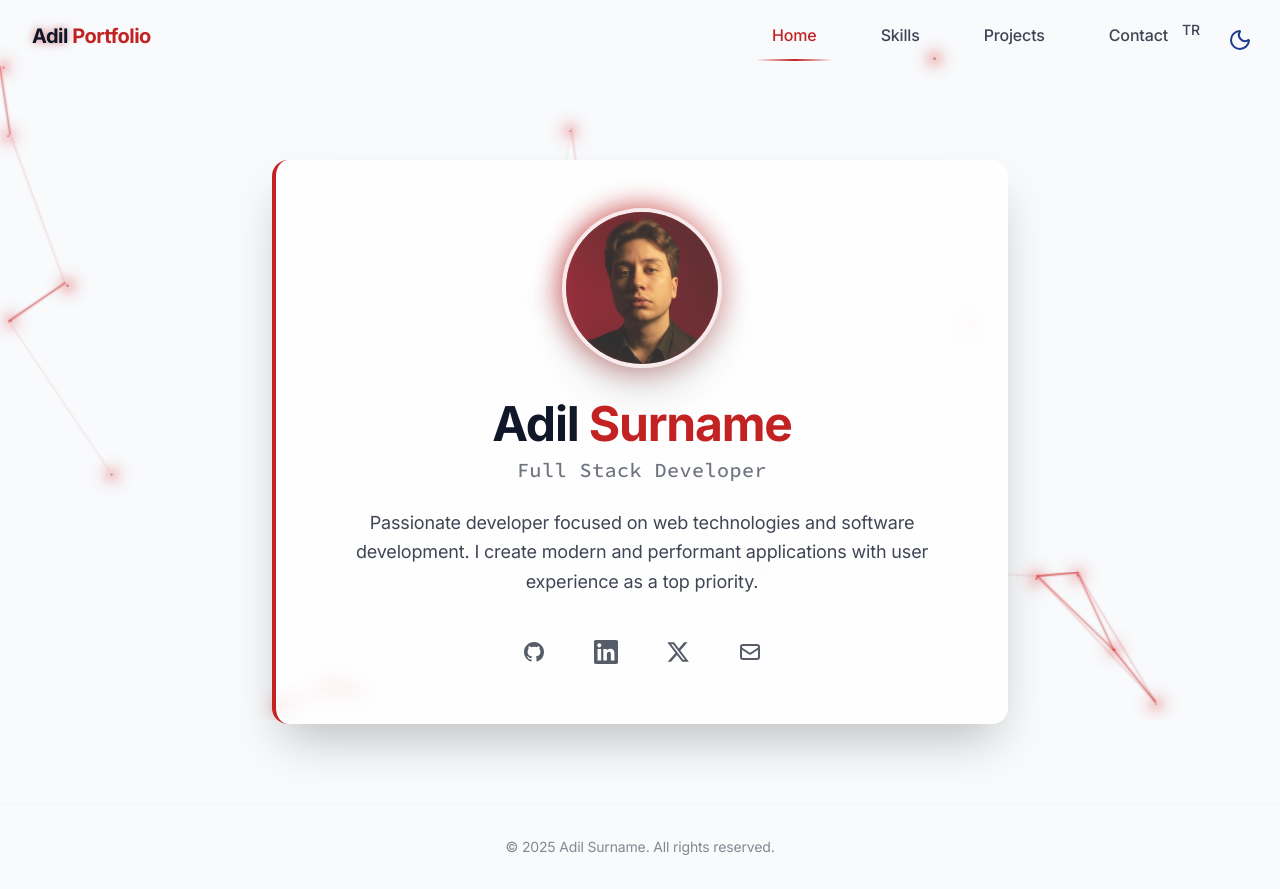
Repository: jusiann/personal-portfolio
Page: / (app in my-portfolio/)
These files come from the project's save history. The page is drawn as it stood at one moment and after the next save; the edit follows.
The browser window is 1280 px wide. The pictures show the whole page.
The project was rebuilt for these pictures with package versions that can differ from the ones it lists, and the page was loaded fresh each time. Also part of the build but not shown: my-portfolio/vite.config.js, my-portfolio/src/pages/Skills.jsx, my-portfolio/src/pages/Projects.jsx, my-portfolio/src/pages/Contact.jsx, my-portfolio/src/pages/NotFound.jsx.

Above is the page before, as saved 2025-11-19 23:04:36.

### my-portfolio/index.html
<!doctype html>
<html lang="en">
  <head>
    <meta charset="UTF-8" />
    <link rel="icon" type="image/svg+xml" href="/vite.svg" />
    <meta name="viewport" content="width=device-width, initial-scale=1.0" />
    <link rel="preconnect" href="https://fonts.googleapis.com">
    <link rel="preconnect" href="https://fonts.gstatic.com" crossorigin>
    <link href="https://fonts.googleapis.com/css2?family=Inter:wght@300;400;500;600;700;800&family=Source+Code+Pro:wght@400;500;600&display=swap" rel="stylesheet">
    <title>my-portfolio</title>
  </head>
  <body>
    <div id="root"></div>
    <script type="module" src="/src/main.jsx"></script>
  </body>
</html>

### my-portfolio/src/App.jsx
import { BrowserRouter, Routes, Route, Navigate, useLocation } from "react-router-dom"
import { AnimatePresence } from "framer-motion"
import { Home } from "./pages/Home";
import { Skills } from "./pages/Skills";
import { Projects } from "./pages/Projects";
import { Contact } from "./pages/Contact";
import { NotFound } from "./pages/NotFound";

function AnimatedRoutes() {
  const location = useLocation();

  return (
    <AnimatePresence mode="wait">
      <Routes location={location} key={location.pathname}>

        {/* TURKISH ROUTES */}
        <Route path="/" element={<Navigate to="/en" replace />} />
        <Route path="/tr" element={<Home />}/>
        <Route path="/tr/skills" element={<Skills />}/>
        <Route path="/tr/projects" element={<Projects />}/>
        <Route path="/tr/contact" element={<Contact />}/>

        {/* ENGLISH ROUTES */}
        <Route path="/en" element={<Home />}/>
        <Route path="/en/skills" element={<Skills />}/>
        <Route path="/en/projects" element={<Projects />}/>
        <Route path="/en/contact" element={<Contact />}/>
        <Route path="*" element={<NotFound />} />
      </Routes>
    </AnimatePresence>
  );
}

function App() {
  return (
    <BrowserRouter>
      <AnimatedRoutes />
    </BrowserRouter>
  )
}

export default App

### my-portfolio/src/pages/Home.jsx
import {ThemeToggle} from "../components/ThemeToggle";
import {LanguageToggle} from "../components/LanguageToggle";
import {CrimsonWebBackground} from "../components/CrimsonWebBackground";
import {Navbar} from "../components/Navbar";
import {PageTransition} from "../components/PageTransition";
import {ProfileCard} from "../components/ProfileCard";
import {ProfileImage} from "../components/ProfileImage";
import {SocialLinks} from "../components/SocialLinks";
import {useLanguage} from "../lib/utils";

export const Home = () => {
    const { t } = useLanguage();

    return (
        <PageTransition>
        <div className="
                        min-h-screen
                        bg-background
                        text-foreground
                        overflow-x-hidden">

            {/* THEME TOGGLE */}
            <ThemeToggle />

            {/* LANGUAGE TOGGLE */}
            <LanguageToggle />

            {/* BACKGROUND EFFECTS */}
            <CrimsonWebBackground />

            {/* NAVBAR */}
            <Navbar />

            {/* MAIN CONTENT */}
            <main className="container mx-auto px-4 py-12">
                <ProfileCard>
                    {/* Profil Resmi */}
                    <ProfileImage
                        src="/src/assets/images/profile_photo.png"
                        alt={`${t('profile_name')} ${t('profile_surname')}`}
                    />

                    {/* İsim ve Soyisim */}
                    <div className="text-center mb-6 animate-fade-in-delay-2">
                        <h1 className="
                            text-4xl
                            md:text-5xl
                            font-heading
                            font-bold
                            text-foreground
                            mb-2
                            tracking-tight
                        ">
                            {t('profile_name')}{' '}
                            <span className="text-primary">
                                {t('profile_surname')}
                            </span>
                        </h1>
                        <p className="
                            text-lg
                            md:text-xl
                            text-foreground/60
                            font-code
                        ">
                            {t('hero_subtitle')}
                        </p>
                    </div>

                    {/* Açıklama */}
                    <div className="
                        text-center
                        mb-8
                        max-w-2xl
                        mx-auto
                        animate-fade-in-delay-2
                    ">
                        <p className="
                            text-base
                            md:text-lg
                            text-foreground/80
                            leading-relaxed
                        ">
                            {t('profile_tagline')}
                        </p>
                    </div>

                    {/* Sosyal Medya Linkleri */}
                    <SocialLinks />
                </ProfileCard>
            </main>

            {/* FOOTER */}
            <footer className="
                text-center
                py-8
                text-foreground/50
                text-sm
                border-t
                border-border/30
            ">
                <p>© 2025 {t('profile_name')} {t('profile_surname')}. {t('rights_reserved')}.</p>
            </footer>
        </div>
        </PageTransition>
    );
};

### my-portfolio/src/components/LanguageToggle.jsx
import {useNavigate, useLocation } from 'react-router-dom';
import {cn} from '../lib/utils';

export const LanguageToggle = () => {
    const navigate = useNavigate();
    const location = useLocation();
    const currentLang = location.pathname.startsWith('/en') ? 'en' : 'tr';

    const toggleLanguage = () => {
        const newLang = currentLang === 'tr' ? 'en' : 'tr';
        navigate(`/${newLang}${location.hash}`);
    };

    return (
        <button
            onClick={toggleLanguage}
            className={cn(
                "fixed max-sm:hidden top-5 right-20 z-50 transition-all duration-300",
                "hover:scale-110 active:scale-95",
                "focus:outline-none text-foreground/80 hover:text-foreground",
                "text-sm font-medium uppercase"
            )}
        >
            {currentLang === 'tr' ? 'EN' : 'TR'}
        </button>
    );
};

### my-portfolio/src/components/PageTransition.jsx
import {motion} from 'framer-motion';

export const PageTransition = ({ children }) => {
    return (
        <>
            {children}

            {/* LEFT TRIANGLE */}
            <motion.div
                className="fixed inset-0 bg-background z-100 pointer-events-none"
                style={{
                    clipPath: 'polygon(0% 0%, 100% 0%, 0% 100%)',
                }}
                initial={{ x: '0%' }}
                animate={{ x: '-100%' }}
                transition={{
                    duration: 0.6,
                    ease: [0.65, 0, 0.35, 1],
                    delay: 0.4
                }}
            />

            {/* RIGHT TRIANGLE */}
            <motion.div
                className="fixed inset-0 bg-background z-100 pointer-events-none"
                style={{
                    clipPath: 'polygon(100% 0%, 100% 100%, 0% 100%)',
                }}
                initial={{ x: '0%' }}
                animate={{ x: '100%' }}
                transition={{
                    duration: 0.6,
                    ease: [0.65, 0, 0.35, 1],
                    delay: 0.4
                }}
            />

            {/* RED DIAGONAL LINE */}
            <motion.div
                className="fixed inset-0 pointer-events-none z-101"
                style={{
                    background: 'linear-gradient(to bottom right, transparent calc(50% - 2px), rgb(220, 38, 38) calc(50% - 2px), rgb(220, 38, 38) calc(50% + 2px), transparent calc(50% + 2px))',
                    filter: 'drop-shadow(0 0 8px rgb(220, 38, 38))',
                }}
                initial={{ opacity: 1 }}
                animate={{ opacity: 0 }}
                transition={{
                    duration: 0.3,
                    ease: "easeOut",
                    delay: 0.3
                }}
            />
        </>
    );
};

### my-portfolio/src/components/ProfileCard.jsx
export const ProfileCard = ({ children }) => {

    return (
        <div className="relative w-full max-w-3xl mx-auto px-4 py-8 mt-20">
            {/* Ana kart yapısı - backdrop blur ve opacity ile saydam etki */}
            <div
                className="
                    relative
                    bg-card/80
                    backdrop-blur-sm
                    rounded-2xl
                    border-l-4
                    border-primary
                    shadow-2xl
                    p-8
                    md:p-12
                    transition-all
                    duration-500
                    hover:shadow-[0_0_30px_rgba(220,38,38,0.3)]
                    hover:scale-[1.01]
                    animate-fade-in
                "
            >
                {/* İçerik alanı */}
                <div className="relative z-10">
                    {children}
                </div>
            </div>

            {/* Ambient glow efekti */}
            <div
                className="
                    absolute
                    -inset-4
                    bg-primary/5
                    blur-3xl
                    -z-10
                    opacity-50
                    animate-pulse-subtle
                "
            />
        </div>
    );
};

### my-portfolio/src/components/ProfileImage.jsx
export const ProfileImage = ({ src, alt = "Profile" }) => {
    return (
        <div className="flex justify-center mb-8 animate-fade-in-delay-1">
            {/* Dış halka - glow efekti */}
            <div
                className="
                    relative
                    group
                    animate-pulse-subtle
                "
            >
                {/* Gradient border halka */}
                <div
                    className="
                        absolute
                        -inset-1
                        bg-linear-to-br
                        from-primary
                        via-primary/60
                        to-primary/30
                        rounded-full
                        blur-md
                        group-hover:blur-lg
                        transition-all
                        duration-300
                    "
                />

                {/* Resim container */}
                <div
                    className="
                        relative
                        w-32
                        h-32
                        md:w-40
                        md:h-40
                        rounded-full
                        overflow-hidden
                        border-4
                        border-background
                        shadow-2xl
                        group-hover:scale-105
                        transition-transform
                        duration-300
                    "
                >
                    <img
                        src={src}
                        alt={alt}
                        className="
                            w-full
                            h-full
                            object-cover
                            filter
                            group-hover:brightness-110
                            transition-all
                            duration-300
                        "
                    />
                </div>

                {/* İç glow */}
                <div
                    className="
                        absolute
                        inset-0
                        rounded-full
                        shadow-[inset_0_0_20px_rgba(220,38,38,0.2)]
                        pointer-events-none
                    "
                />
            </div>
        </div>
    );
};

### my-portfolio/src/components/SocialLinks.jsx
export const SocialLinks = () => {
    const socialMedia = [
        {
            name: "GitHub",
            url: "https://github.com/jusiann",
            icon: (
                <svg
                    className="w-6 h-6"
                    fill="currentColor"
                    viewBox="0 0 24 24"
                    aria-hidden="true"
                >
                    <path
                        fillRule="evenodd"
                        d="M12 2C6.477 2 2 6.484 2 12.017c0 4.425 2.865 8.18 6.839 9.504.5.092.682-.217.682-.483 0-.237-.008-.868-.013-1.703-2.782.605-3.369-1.343-3.369-1.343-.454-1.158-1.11-1.466-1.11-1.466-.908-.62.069-.608.069-.608 1.003.07 1.531 1.032 1.531 1.032.892 1.53 2.341 1.088 2.91.832.092-.647.35-1.088.636-1.338-2.22-.253-4.555-1.113-4.555-4.951 0-1.093.39-1.988 1.029-2.688-.103-.253-.446-1.272.098-2.65 0 0 .84-.27 2.75 1.026A9.564 9.564 0 0112 6.844c.85.004 1.705.115 2.504.337 1.909-1.296 2.747-1.027 2.747-1.027.546 1.379.202 2.398.1 2.651.64.7 1.028 1.595 1.028 2.688 0 3.848-2.339 4.695-4.566 4.943.359.309.678.92.678 1.855 0 1.338-.012 2.419-.012 2.747 0 .268.18.58.688.482A10.019 10.019 0 0022 12.017C22 6.484 17.522 2 12 2z"
                        clipRule="evenodd"
                    />
                </svg>
            ),
        },
        {
            name: "LinkedIn",
            url: "https://linkedin.com/in/yourprofile",
            icon: (
                <svg
                    className="w-6 h-6"
                    fill="currentColor"
                    viewBox="0 0 24 24"
                    aria-hidden="true"
                >
                    <path
                        fillRule="evenodd"
                        d="M20.447 20.452h-3.554v-5.569c0-1.328-.027-3.037-1.852-3.037-1.853 0-2.136 1.445-2.136 2.939v5.667H9.351V9h3.414v1.561h.046c.477-.9 1.637-1.85 3.37-1.85 3.601 0 4.267 2.37 4.267 5.455v6.286zM5.337 7.433c-1.144 0-2.063-.926-2.063-2.065 0-1.138.92-2.063 2.063-2.063 1.14 0 2.064.925 2.064 2.063 0 1.139-.925 2.065-2.064 2.065zm1.782 13.019H3.555V9h3.564v11.452zM22.225 0H1.771C.792 0 0 .774 0 1.729v20.542C0 23.227.792 24 1.771 24h20.451C23.2 24 24 23.227 24 22.271V1.729C24 .774 23.2 0 22.222 0h.003z"
                        clipRule="evenodd"
                    />
                </svg>
            ),
        },
        {
            name: "Twitter",
            url: "https://twitter.com/yourhandle",
            icon: (
                <svg
                    className="w-6 h-6"
                    fill="currentColor"
                    viewBox="0 0 24 24"
                    aria-hidden="true"
                >
                    <path d="M18.244 2.25h3.308l-7.227 8.26 8.502 11.24H16.17l-5.214-6.817L4.99 21.75H1.68l7.73-8.835L1.254 2.25H8.08l4.713 6.231zm-1.161 17.52h1.833L7.084 4.126H5.117z" />
                </svg>
            ),
        },
        {
            name: "Email",
            url: "mailto:your.email@example.com",
            icon: (
                <svg
                    className="w-6 h-6"
                    fill="none"
                    stroke="currentColor"
                    viewBox="0 0 24 24"
                    aria-hidden="true"
                >
                    <path
                        strokeLinecap="round"
                        strokeLinejoin="round"
                        strokeWidth={2}
                        d="M3 8l7.89 5.26a2 2 0 002.22 0L21 8M5 19h14a2 2 0 002-2V7a2 2 0 00-2-2H5a2 2 0 00-2 2v10a2 2 0 002 2z"
                    />
                </svg>
            ),
        },
    ];

    return (
        <div className="flex justify-center gap-6 mt-8 animate-fade-in-delay-3">
            {socialMedia.map((social, index) => (
                <a
                    key={social.name}
                    href={social.url}
                    target="_blank"
                    rel="noopener noreferrer"
                    className="
                        p-3
                        text-foreground/70
                        hover:text-primary
                        transition-all
                        duration-300
                        hover:scale-110
                        animate-fade-in-delay-3
                    "
                    style={{ animationDelay: `${0.8 + index * 0.1}s` }}
                    aria-label={social.name}
                >
                    {social.icon}
                </a>
            ))}
        </div>
    );
};

### my-portfolio/src/lib/translations.js
export const translations = {
    tr: {
        // Navbar
        home: 'Ana Sayfa',
        about: 'Hakkımda',
        skills: 'Yetenekler',
        projects: 'Projeler',
        contact: 'İletişim',

        // Home page
        welcome: 'Hoş Geldiniz',
        hero_title: 'Merhaba, Ben',
        hero_subtitle: 'Full Stack Developer',
        hero_description: 'Modern web teknolojileri ile kullanıcı dostu ve performanslı uygulamalar geliştiriyorum.',
        view_projects: 'Projelerimi Görüntüle',
        contact_me: 'Bana Ulaşın',

        // Profile
        profile_name: 'Adil',
        profile_surname: 'Surname',
        profile_tagline: 'Web teknolojileri ve yazılım geliştirme konusunda tutkulu bir geliştiriciyim. Kullanıcı deneyimini ön planda tutarak modern ve performanslı uygulamalar oluşturuyorum.',

        // About section
        about_title: 'Hakkımda',
        about_description: 'Web geliştirme tutkunu bir yazılım geliştiriciyim.',

        // Projects section
        projects_title: 'Projelerim',
        projects_description: 'Son zamanlarda üzerinde çalıştığım projeler',
        view_demo: 'Demo',
        view_code: 'Kod',

        // Contact section
        contact_title: 'İletişim',
        contact_description: 'Benimle iletişime geçin',
        send_message: 'Mesaj Gönder',

        // Footer
        rights_reserved: 'Tüm hakları saklıdır',
    },
    en: {
        // Navbar
        home: 'Home',
        about: 'About',
        skills: 'Skills',
        projects: 'Projects',
        contact: 'Contact',

        // Home page
        welcome: 'Welcome',
        hero_title: 'Hello, I\'m',
        hero_subtitle: 'Full Stack Developer',
        hero_description: 'I build user-friendly and performant applications with modern web technologies.',
        view_projects: 'View My Projects',
        contact_me: 'Contact Me',

        // Profile
        profile_name: 'Adil',
        profile_surname: 'Surname',
        profile_tagline: 'Passionate developer focused on web technologies and software development. I create modern and performant applications with user experience as a top priority.',

        // About section
        about_title: 'About Me',
        about_description: 'I\'m a passionate software developer focused on web development.',

        // Projects section
        projects_title: 'My Projects',
        projects_description: 'Recent projects I\'ve been working on',
        view_demo: 'Demo',
        view_code: 'Code',

        // Contact section
        contact_title: 'Contact',
        contact_description: 'Get in touch with me',
        send_message: 'Send Message',

        // Footer
        rights_reserved: 'All rights reserved',
    }
};

Loaded but not shown: my-portfolio/src/main.jsx (common file); my-portfolio/src/lib/utils.js (19 lines, source omitted); my-portfolio/src/index.css (267 lines, source omitted); my-portfolio/src/components/CrimsonWebBackground.jsx (183 lines, source omitted); my-portfolio/src/components/ThemeToggle.jsx (130 lines, source omitted); my-portfolio/src/components/Navbar.jsx (129 lines, source omitted)

After the next save:
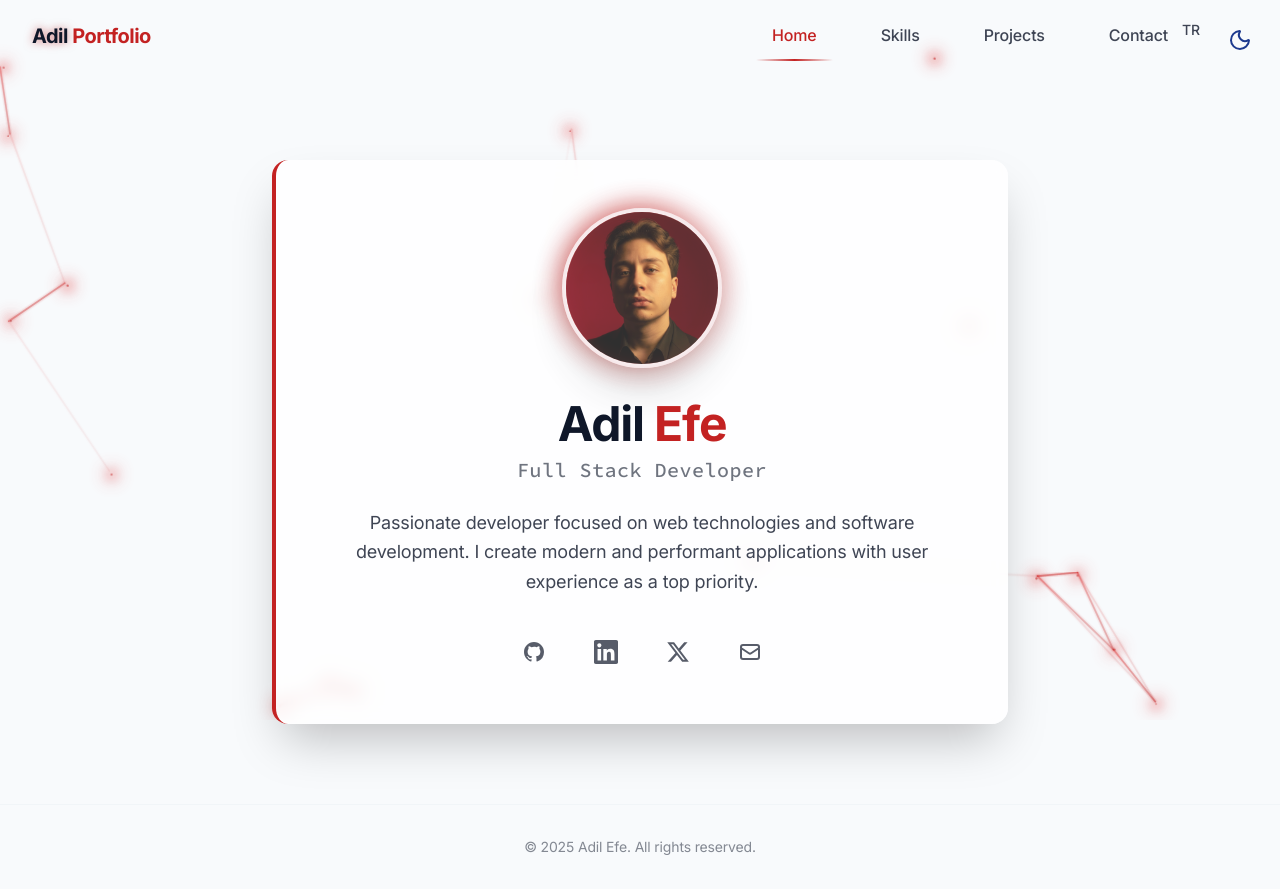
Saved 5 min 14 s later.
--- a/my-portfolio/src/components/ProfileCard.jsx
+++ b/my-portfolio/src/components/ProfileCard.jsx
@@ -16,7 +16,6 @@ export const ProfileCard = ({ children }) => {
                     md:p-12
                     transition-all
                     duration-500
-                    hover:shadow-[0_0_30px_rgba(220,38,38,0.3)]
                     hover:scale-[1.01]
                     animate-fade-in
                 "
--- a/my-portfolio/src/lib/translations.js
+++ b/my-portfolio/src/lib/translations.js
@@ -17,7 +17,7 @@ export const translations = {
 
         // Profile
         profile_name: 'Adil',
-        profile_surname: 'Surname',
+        profile_surname: 'Efe',
         profile_tagline: 'Web teknolojileri ve yazılım geliştirme konusunda tutkulu bir geliştiriciyim. Kullanıcı deneyimini ön planda tutarak modern ve performanslı uygulamalar oluşturuyorum.',
 
         // About section
@@ -56,7 +56,7 @@ export const translations = {
 
         // Profile
         profile_name: 'Adil',
-        profile_surname: 'Surname',
+        profile_surname: 'Efe',
         profile_tagline: 'Passionate developer focused on web technologies and software development. I create modern and performant applications with user experience as a top priority.',
 
         // About section
